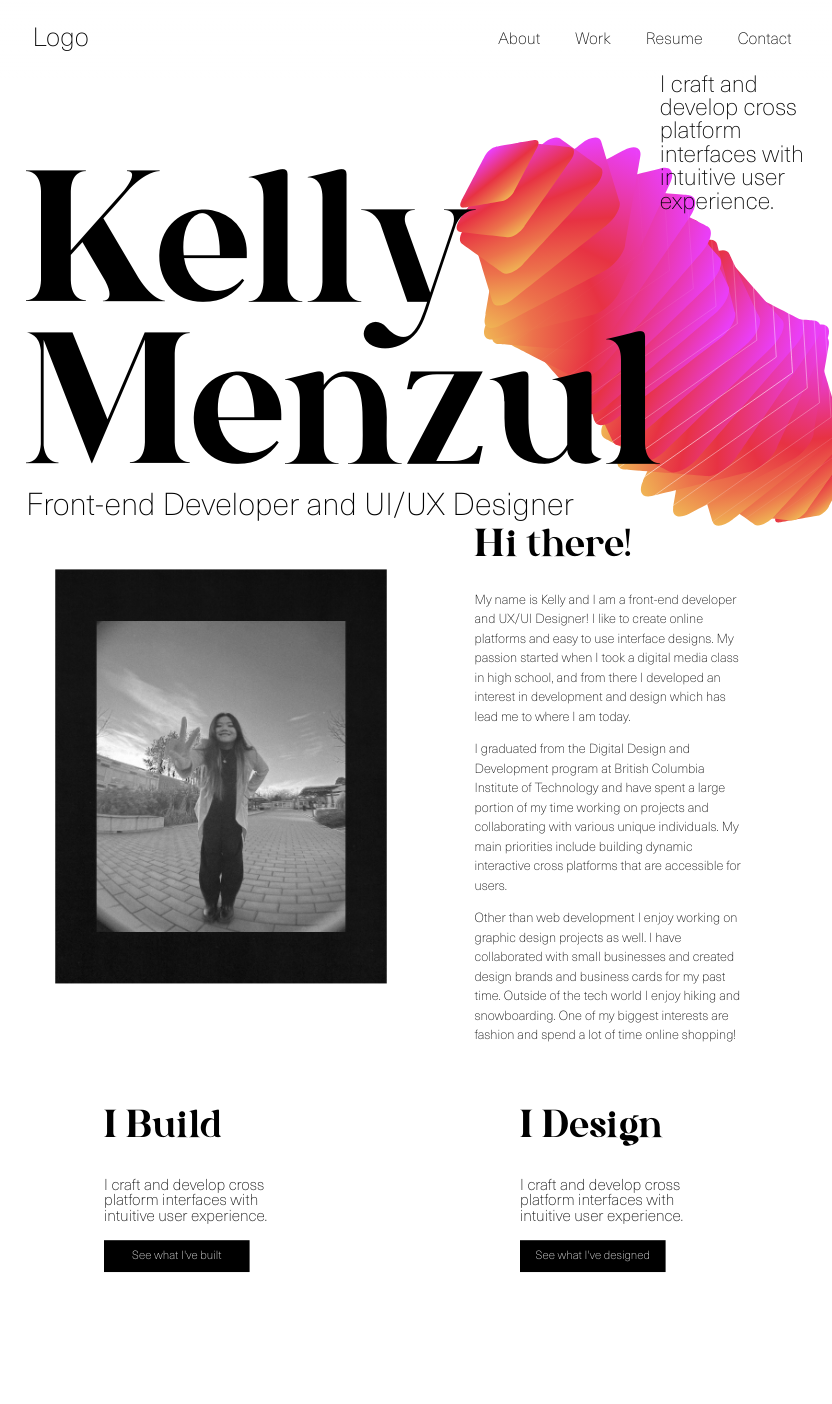
Repository: KellyMenzul/Kelly-Menzul
Page: /
An editor plug-in stored every save of this project. The page is shown before and after a run of saves, followed by the edit.
The browser window is 1280 px wide. The pictures show the whole page, at 65% of full size.
The project was rebuilt for these pictures with package versions that can differ from the ones it lists, and the page was loaded fresh each time. The framework's server and built-in components were replaced by stand-ins that run in the browser. Also part of the build but not shown: next.config.js.

Above is the page before, as saved 2022-01-20 15:55:44.

### pages/_document.js
import Document from 'next/document';
import { ServerStyleSheet } from 'styled-components';

export default class MyDocument extends Document {
 static async getInitialProps(ctx) {
   const sheet = new ServerStyleSheet();
   const originalRenderPage = ctx.renderPage;

   try {
     ctx.renderPage = () =>
       originalRenderPage({
         enhanceApp: (App) => (props) =>
           sheet.collectStyles(<App {...props} />),
       });

     const initialProps = await Document.getInitialProps(ctx);
     return {
       ...initialProps,
       styles: (
         <>
           {initialProps.styles}
           {sheet.getStyleElement()}
         </>
       ),
     };
   } finally {
     sheet.seal();
   }
 }
}

### pages/index.js
import Image from 'next/image'
import styled from 'styled-components'
import MenuBar from '../comps/MenuBar'
import Name from '../comps/Name'
import Position from '../comps/Position'
import Intro from '../comps/Intro'
import Head from '../comps/Head'
import Work from '../comps/Work'
import { useState, useEffect } from "react";
import Load from '../comps/Load'


const Holder = styled.div`
display:flex;
flex-direction:column;
width:100%;
height:100%;
flex-wrap:wrap;
`
const MenuHolder = styled.div`
display:flex;
flex-direction:column;
width:100%;
position:fixed;
z-index:2;
`
const LandingHolder = styled.div`
display:flex;
position:relative;
width:100%;
height:100vh;
padding:40px;
flex-wrap:wrap;
`
const LandingHolderLeft = styled.div`
display:flex;
width:100%;
flex:2;
flex-direction:column;
justify-content:flex-end;
`

const LandingHolderRight = styled.div`
display:flex;
flex:1;
padding-top:50px;
align-items:flex-start;
justify-content:flex-end;
`

const NameHolder = styled.div``

const IntroHolder = styled.div`
display:flex;
`
// About

const AboutHolder = styled.div`
display:flex;
flex-direction:row;
width:100%;
height:100vh;
padding:40px;
flex-wrap:wrap;
`

const  AboutHolderLeft = styled.div`
flex:1;
display:flex;
flex-direction:column;
justify-content:center;
align-items:center;
`

const  AboutHolderRight = styled.div`
display:flex;
flex-direction:column;
align-items:center;
justify-content:center;
flex:1;
`
const AboutMeHolder = styled.div`
display:flex;
flex-direction:column;
width:70%;
`

// work

const WorkHolder = styled.div `
display:flex;
flex-direction:row;
width:100%;
height:100vh;
flex-wrap:wrap;
`
const  WorkHolderLeft = styled.div`
display:flex;
align-items:center;
justify-content:center;
flex:1;
`

const  WorkHolderRight = styled.div`
flex:1;
display:flex;
align-items:center;
justify-content:center;
`

const LoadHolder = styled.div`
position:absolute;
z-index:-1;
top:-300px;
left:200px;

`
const TextHolder  =styled.div``

const HeroImage = styled.img`
width:85%;
transition: 1s ease-in-out;

&:hover {
  transform: scale(1.03);
}
`

export default function Home() {
  // const [setup1, setSetup1] =  useState(false)

  // if (setup1 === false) {
  //   setTimeout(() => {
  //     setSetup1(true)
  //   },5000)

  //   return <LoadHolder>
  //     <Load/>
  //     <TextHolder>Welcome</TextHolder>
  //   </LoadHolder>
  // }

  return (
    <Holder>
      <MenuHolder>
        <MenuBar />
      </MenuHolder>


      <LandingHolder id='landing'>
        <LoadHolder>
          <Load/>
        </LoadHolder>

        <LandingHolderLeft>
          <NameHolder>
            <Name/>
            <Position topmargin='-160px'/>
          </NameHolder>
        </LandingHolderLeft>

        <LandingHolderRight>
          <IntroHolder>
           <Intro/>
          </IntroHolder>
        </LandingHolderRight>
      </LandingHolder>

      <AboutHolder id='about'>
        <AboutHolderLeft>
          <HeroImage src='/me.png'/>
        </AboutHolderLeft>
        <AboutHolderRight>
            <AboutMeHolder>
              <Head text='Hi there!'/>
              <Position fontsize='20px' text='My name is Kelly and I am a front-end developer and UX/UI Designer! I like to create online platforms and easy to use interface designs. My passion started when I took a digital media class in high school, and from there I developed an interest in development and design which has lead me to where I am today.'/>
              <Position fontsize='20px' text='I graduated from the Digital Design and Development program at British Columbia Institute of Technology and have spent a large portion of my time working on projects and collaborating with various unique individuals. My main priorities include building dynamic interactive cross platforms that are accessible for users.'/>
              <Position fontsize='20px' text='Other than web development I enjoy working on graphic design projects as well. I have collaborated with small businesses and created design brands and business cards for my past time. Outside of the tech world I enjoy hiking and snowboarding. One of my biggest interests are fashion and spend a lot of time online shopping!'/>
            </AboutMeHolder>
        </AboutHolderRight>
      </AboutHolder>

      <WorkHolder id='work'>
        <WorkHolderLeft>
          <Work routeTo='/development' buttontext="See what I've built" text='I craft and develop cross platform interfaces with intuitive user experience.' headerhere='I Build'/>
        </WorkHolderLeft>
        <WorkHolderRight>
          <Work routeTo='/design' buttontext="See what I've designed" text='I craft and develop cross platform interfaces with intuitive user experience.' headerhere='I Design'/>
        </WorkHolderRight>
      </WorkHolder>



    </Holder>
  )
}

### styles/globals.css
@font-face {
  font-family: "textbold";
  src: url(../public/fonts/NeueHaasUnica/NeueHaasUnica-Bold.ttf);
  font-display: swap;
}

@font-face {
  font-family: "textlight";
  src: url(../public/fonts/NeueHaasUnica/NeueHaasUnica-ExtraLight.ttf);
  font-display: swap;
}

@font-face {
  font-family: "heading";
  src: url(../public/fonts/GishellaMorely/Gishella\ Morely.ttf);
  font-display: swap;
}

html,
body {
  padding: 0;
  margin: 0;
  font-family: "textlight";
  scroll-behavior: smooth;
  overflow-x: hidden;
}


a {
  color: inherit;
  text-decoration: none;
}

* {
  box-sizing: border-box;
}

### comps/MenuBar/index.js
import styled from "styled-components";
import React from "react";
import Link from "next/link";

const Holder = styled.div `
display:flex;
align-items:center;
justify-content:center;
width:100%;
background: rgb(255,255,255);
background: linear-gradient(180deg, rgba(255,255,255,1) 0%, rgba(148,187,233,0) 100%);
`
const LogoHolder = styled.div `
margin-left:50px;
`

const Left = styled.div`
flex:1;
`

const Right = styled.div`
flex:1;
display:flex;
justify-content:flex-end;
`

const MenuButtonHolder = styled.div`
display:flex;
flex-firection:row;
width:100%;
justify-content:flex-end;
gap:30px;
margin-right:50px;
`

const MenuButton = styled.button`
border-style:none;
background-color:${props=>props.bgcolor};
font-family:"textlight";
font-size:25px;
color:black;
padding:12px;

&:hover {
    text-decoration:underline;
}
`

const Logo = styled.p`
font-size:40px;
`


const MenuBar = ({
    onButtonPress=()=>{},
    bgcolor="transparent",
}) => {

    return <Holder>
        <Left>
            <Link href="#landing">
            <LogoHolder>
                <Logo>Logo</Logo>
            </LogoHolder>
            </Link>
        </Left>
        <Right>
            <MenuButtonHolder>
                <Link href="#about">
                    <MenuButton bgcolor={bgcolor} onClick={()=>{onButtonPress()}}>About</MenuButton>
                </Link>

                <Link href="#work">
                <MenuButton bgcolor={bgcolor}>Work</MenuButton>
                </Link>

                <MenuButton bgcolor={bgcolor}>Resume</MenuButton>

                <Link href="mailto:kmnzul@gmail.com">
                <MenuButton bgcolor={bgcolor}>Contact</MenuButton>
                </Link>

            </MenuButtonHolder>
        </Right>
    </Holder>
}

export default MenuBar;

### comps/Name/index.js
import styled from "styled-components";
import React from "react";
import { style } from "@mui/system";

const TextHolder = styled.div `
dispay:flex;
flex-wrap:wrap;
width:100%;

`

const Text = styled.h1`
font-family:"heading";
font-size:288px;
font-weight:400;
line-height:250px;
`

const Name = ({}) => {
    return <TextHolder>
        <Text>Kelly Menzul</Text>
        </TextHolder>

}

export default Name;

### comps/Position/index.js
import styled from "styled-components";
import React from "react";

const TextHolder = styled.div`
dispay:flex;
flex-wrap:wrap;
width:100%;
`

const Text = styled.p`
font-family:"textlight";
font-size:${props=>props.fontsize};
font-weight:400;
margin-top:${props=>props.topmargin};
line-height:30px;
`
// margin-top:-160px;
const Position = ({
    text = "Front-end Developer and UI/UX Designer",
    fontsize = "48px",
    topmargin = "0px"
}) => {
    return <TextHolder>
    <Text topmargin={topmargin} fontsize={fontsize}>{text}</Text>
    </TextHolder>
}

export default Position;

### comps/Intro/index.js
import styled from "styled-components";
import React from "react";

const TextHolder = styled.div `
dispay:flex;
flex-wrap:wrap;
width:100%;

`

const Text = styled.h1`
font-family:"textlight";
font-weight:400;
font-size:36px;
`

const Intro = ({}) => {
    return <TextHolder>
        <Text>I craft and develop cross platform interfaces with intuitive user experience.</Text>
        </TextHolder>

}

export default Intro;

### comps/Head/index.js
import styled from "styled-components";
import React from "react";

const TextHolder = styled.div `
dispay:flex;
flex-wrap:wrap;
width:100%;

`

const Text = styled.h1`
font-family:"heading";
font-size:${props=>props.headsize};
font-weight:400;
`

const Head = ({
    headsize="60px",
    text="Heading"
}) => {
    return <TextHolder>
        <Text headsize={headsize}>{text}</Text>
        </TextHolder>

}

export default Head;

### comps/Work/index.js
import styled from "styled-components";
import React from "react";
import Head from "../Head";
import Position from "../Position";
import router, {useRouter} from 'next/router';

const Holder = styled.div `
display:flex;
flex-direction:column;
width:50%;
`

const Header = styled.h2 `
font-family:"heading";
font-size:${props=>props.headsize};
font-weight:400;
`

const Text = styled.p `
font-family:"textlight";
font-size:${props=>props.fontsize};
font-weight:400;
margin-top:${props=>props.topmargin};
`

const Button = styled.button `
border-style:none;
font-family:"textlight";
color:white;
background-color:black;
font-size:18px;
padding:15px;
width:70%;
transition:1s;

&: hover {
    background-color:#FF312E;
}


`

// margin-top:-160px;
const Work = ({
    headsize="60px",
    text = "text",
    fontsize = "24px",
    topmargin = "0px",
    headerhere='header',
    buttontext =  "buttontext",
    routeTo = '/.'

}) => {
    return <Holder>
        <Header headsize={headsize}>{headerhere}</Header>
        <Text topmargin={topmargin} fontsize={fontsize}>{text}</Text>
        <Button onClick={()=>router.push(routeTo)}>{buttontext}</Button>

    </Holder>
}

export default Work;

### comps/Load/index.js
import styled from 'styled-components';
import React, {useEffect, useRef, useState} from 'react';
import lottie from 'lottie-web';


const Container = styled.div`
    width:150%;
`

// const Buttons = styled.button``
var anim = null;


const Load = ({}) => {
    const container = useRef(null)

    useEffect(() => {
        anim = lottie.loadAnimation({
            container: container.current,
            renderer: 'svg',
            loop: true,
            autoplay:true,
            animationData: require('../../public/load.json')

        })
        lottie.setSpeed(0.1);
    }, [])

    return <Container>
        <div className="container" ref={container}></div>
    </Container>
}

export default Load;

Loaded but not shown: pages/_app.js (common file); public/load.json (1 lines, source omitted)

After the next 2 saves:
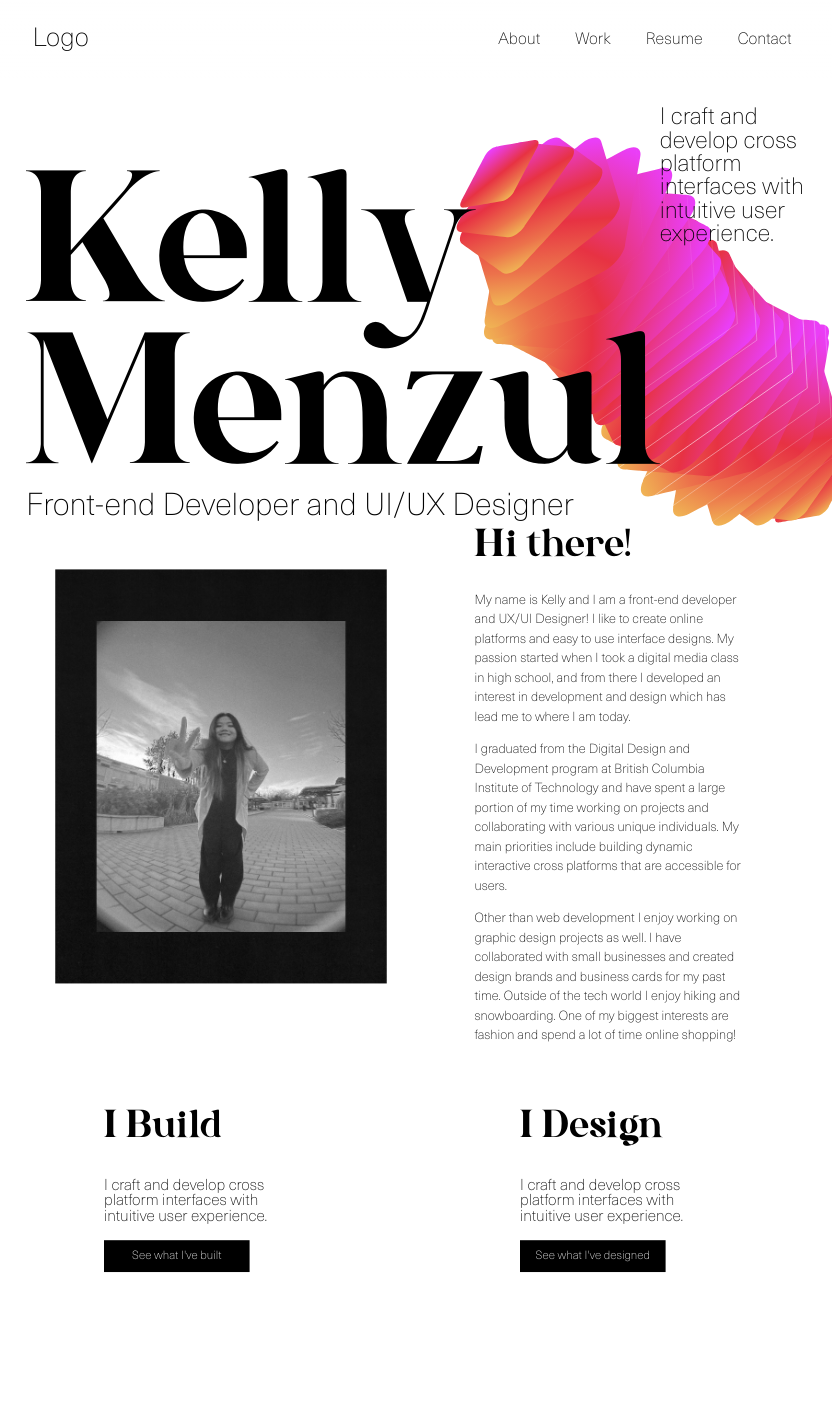
The 2 saves are shown as one change because they came seconds apart.
The last was saved 19 s later.
--- a/pages/index.js
+++ b/pages/index.js
@@ -43,7 +43,7 @@ justify-content:flex-end;
 const LandingHolderRight = styled.div`
 display:flex;
 flex:1;
-padding-top:50px;
+padding-top:100px;
 align-items:flex-start;
 justify-content:flex-end;
 `
